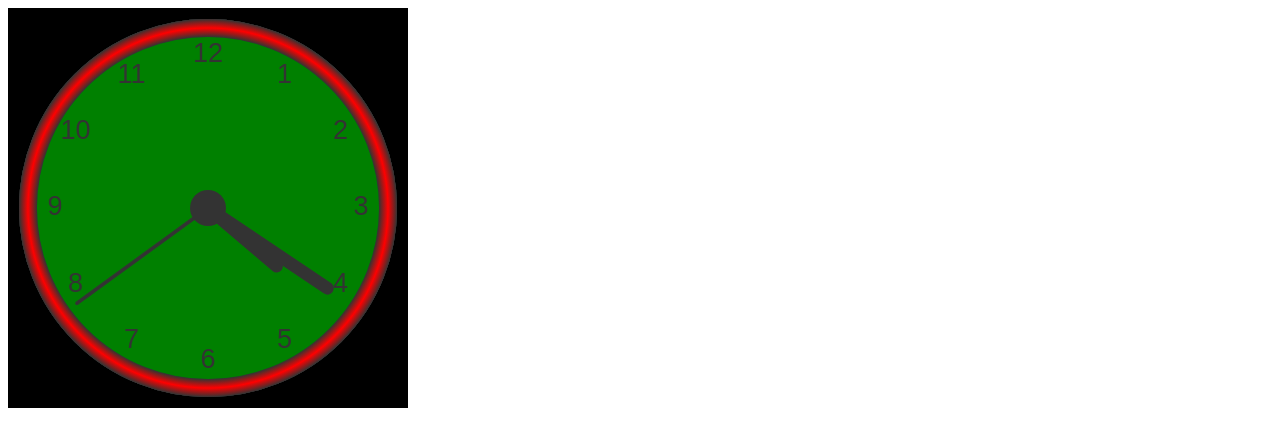
Repository: ManojAndroid/WellcomeToAndroidApp
Page: AddressBook_App/Canvas_Project/WebContent/Clock.html
The author's editor kept a copy of each file at every save. The page is drawn from the files as they stood at one save, then again after the next save.
The browser window is 1280 px wide. The pictures show the whole page.

Above is the page before, as saved 2017-04-20 13:09:55.

### AddressBook_App/Canvas_Project/WebContent/Clock.html
<!DOCTYPE html>
<html>
<body>

<canvas id="canvas" width="400" height="400"
style="background-color:black">
</canvas>

<script>
var canvas = document.getElementById("canvas");
var ctx = canvas.getContext("2d");
var radius = canvas.height / 2;
ctx.translate(radius, radius);
radius = radius * 0.90
setInterval(drawClock, 1000);

function drawClock() {
  drawFace(ctx, radius);
  drawNumbers(ctx, radius);
  drawTime(ctx, radius);
}

function drawFace(ctx, radius) {
  var grad;
  ctx.beginPath();
  ctx.arc(0, 0, radius, 0, 2*Math.PI);
  ctx.fillStyle = 'green';
  ctx.fill();
  grad = ctx.createRadialGradient(0,0,radius*0.95, 0,0,radius*1.05);
  grad.addColorStop(0, '#333');
  grad.addColorStop(0.5, 'red');
  grad.addColorStop(1, '#333');
  ctx.strokeStyle = grad;
  ctx.lineWidth = radius*0.1;
  ctx.stroke();
  ctx.beginPath();
  ctx.arc(0, 0, radius*0.1, 0, 2*Math.PI);
  ctx.fillStyle = '#333';
  ctx.fill();
}

function drawNumbers(ctx, radius) {
  var ang;
  var num;
  ctx.font = radius*0.15 + "px arial";
  ctx.textBaseline="middle";
  ctx.textAlign="center";
  for(num = 1; num < 13; num++){
    ang = num * Math.PI / 6;
    ctx.rotate(ang);
    ctx.translate(0, -radius*0.85);
    ctx.rotate(-ang);
    ctx.fillText(num.toString(), 0, 0);
    ctx.rotate(ang);
    ctx.translate(0, radius*0.85);
    ctx.rotate(-ang);
  }
}

function drawTime(ctx, radius){
    var now = new Date();
    var hour = now.getHours();
    var minute = now.getMinutes();
    var second = now.getSeconds();
    //hour
    hour=hour%12;
    hour=(hour*Math.PI/6)+
    (minute*Math.PI/(6*60))+
    (second*Math.PI/(360*60));
    drawHand(ctx, hour, radius*0.5, radius*0.07);
    //minute
    minute=(minute*Math.PI/30)+(second*Math.PI/(30*60));
    drawHand(ctx, minute, radius*0.8, radius*0.07);
    // second
    second=(second*Math.PI/30);
    drawHand(ctx, second, radius*0.9, radius*0.02);
}

function drawHand(ctx, pos, length, width) {
    ctx.beginPath();
    ctx.lineWidth = width;
    ctx.lineCap = "round";
    ctx.moveTo(0,0);
    ctx.rotate(pos);
    ctx.lineTo(0, -length);
    ctx.stroke();
    ctx.rotate(-pos);
}
</script>

</body>
</html>

After the next save:
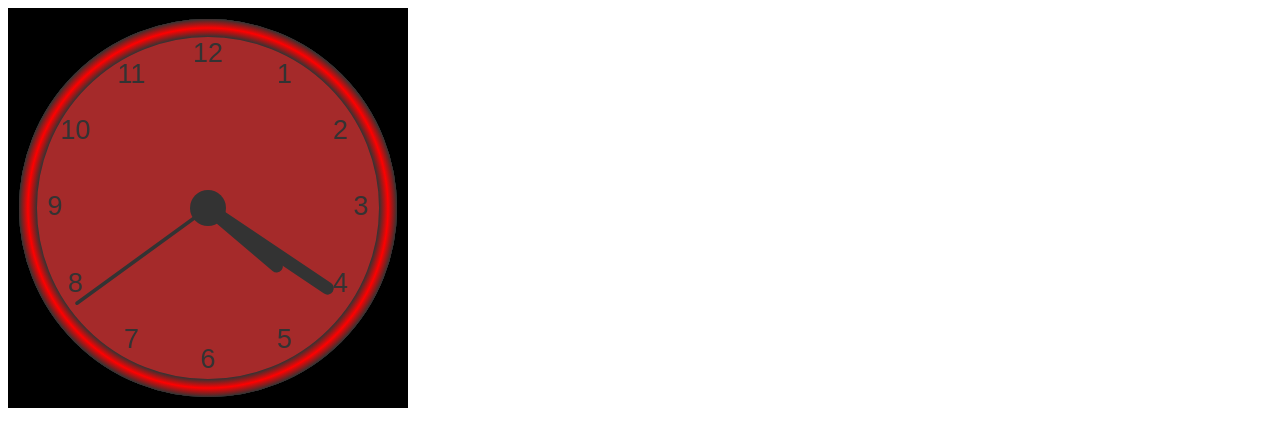
Saved 52 s later.
--- a/AddressBook_App/Canvas_Project/WebContent/Clock.html
+++ b/AddressBook_App/Canvas_Project/WebContent/Clock.html
@@ -24,7 +24,7 @@ function drawFace(ctx, radius) {
   var grad;
   ctx.beginPath();
   ctx.arc(0, 0, radius, 0, 2*Math.PI);
-  ctx.fillStyle = 'green';
+  ctx.fillStyle = 'brown';
   ctx.fill();
   grad = ctx.createRadialGradient(0,0,radius*0.95, 0,0,radius*1.05);
   grad.addColorStop(0, '#333');
